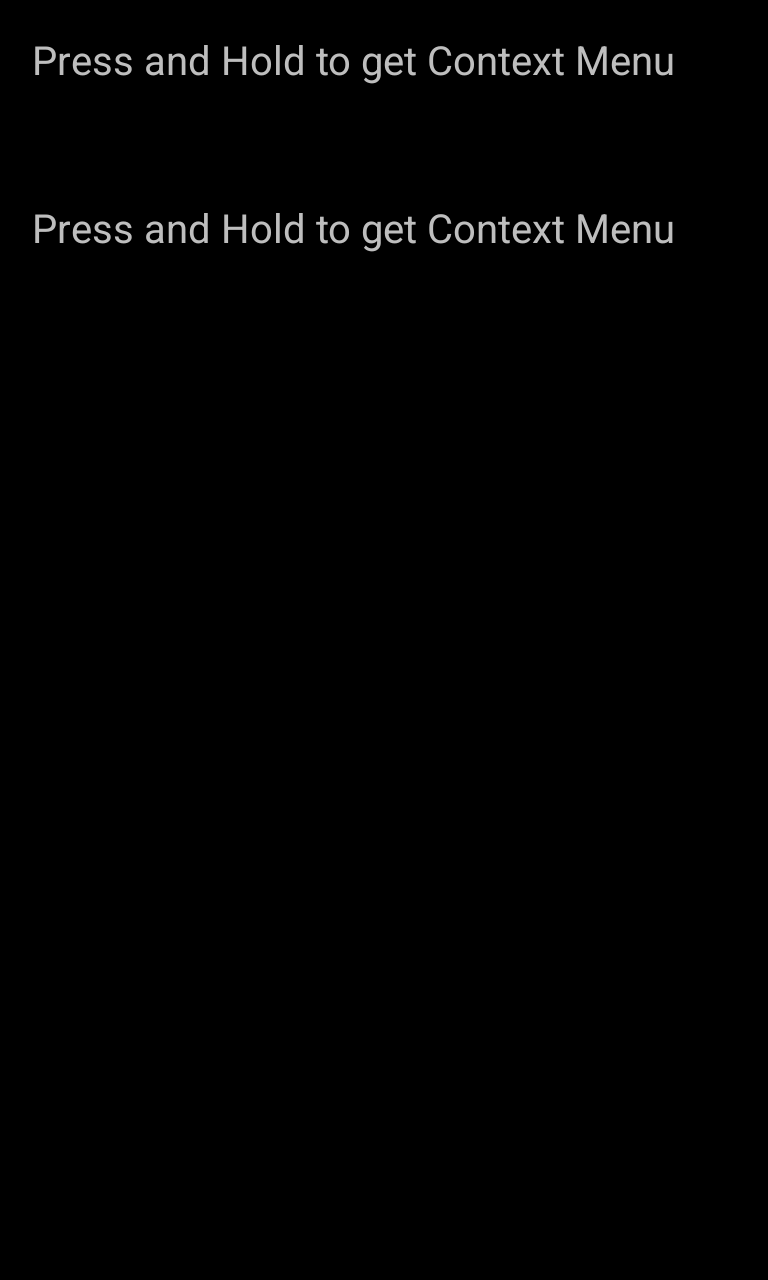
Repository: Amir13/Android_Basic_Steps
Layout: ViewElements/res/layout/activity_menu.xml
These files come from the project's save history. The layout is drawn as it stood at one moment and after the next save; the edit follows.
It is drawn on a 768 x 1280 px phone screen (xhdpi) without system bars, with theme android:Theme.Holo; the app's code is not run.

Above is the layout before, as saved 2014-05-27 01:10:44.

### ViewElements/res/layout/activity_menu.xml
<RelativeLayout xmlns:android="http://schemas.android.com/apk/res/android"
    xmlns:tools="http://schemas.android.com/tools"
    android:layout_width="match_parent"
    android:layout_height="match_parent"
    android:paddingBottom="@dimen/activity_vertical_margin"
    android:paddingLeft="@dimen/activity_horizontal_margin"
    android:paddingRight="@dimen/activity_horizontal_margin"
    android:paddingTop="@dimen/activity_vertical_margin"
    tools:context=".MenuActivity" >

    <TextView
        android:id="@+id/text_view"
        android:layout_width="wrap_content"
        android:layout_height="wrap_content"
        android:text="@string/menu_description"
        android:textSize="20sp" />

    <TextView
        android:layout_width="wrap_content"
        android:layout_height="wrap_content"
        android:layout_alignLeft="@+id/text_view"
        android:layout_below="@+id/text_view"
        android:layout_marginTop="57dp"
        android:text="@string/menu_description2"
        android:textSize="20sp" />

</RelativeLayout>

### ViewElements/res/values/strings.xml
<?xml version="1.0" encoding="utf-8"?>
<resources>

    <string name="app_name">Android Elements</string>

    <string-array name="Titles">
        <item>Just quotes</item>
        <item>Button &amp; Toggle button</item>
        <item>Checkbox &amp; Ratting Bar</item>
        <item>AutoCompleteTextView</item>
        <item>RadioGroup</item>
    </string-array>
    <string-array name="Quotes">
        <item>The menu was made with frames and the following options who the basic elements.</item>
        <item>As flies to wanton boys, are we to the gods; they kill us for their sport.</item>
        <item>There is a tide in the affairs of men, which taken at the flood, leads on to fortune. Omitted, all the voyage of their life is bound in shallows and in miseries.</item>
    </string-array>
    <string-array name="colors">
        <item>red</item>
        <item>orange</item>
        <item>yellow</item>
        <item>green</item>
        <item>blue</item>
        <item>indigo</item>
        <item>violet</item>
        <item>aqua</item>
        <item>black</item>
        <item>fuchsia</item>
        <item>gray</item>
        <item>grey</item>
        <item>lime</item>
        <item>maroon</item>
        <item>navy</item>
        <item>olive</item>
        <item>purple</item>
        <item>silver</item>
        <item>teal</item>
        <item>white</item>
    </string-array>

    <string name="button">Button</string>
    <string name="title_activity_invoking">InvokingActivity</string>
    <string name="menu_agenda">Agenda </string>
    <string name="menu_directions">Direction </string>
    <string name="menu_submenu">Contain Submenu </string>
    <string name="submenu_opc1">Submenu - Option 1</string>
    <string name="second_activity">This activity was invoked by a button!!</string>
    <string name="togglebutton">ToggleButton</string>
    <string name="checkbox">CheckBox Example</string>
    <string name="textview">Type a Country:</string>
    <string name="title_activity_list_view">ListView</string>
    <string name="viewElements">Android Basic Elements</string>
    <string name="groupsView">Android Adpater &amp; AdapterViews</string>
    <string name="title_activity_spinner_vg">SpinnerVG</string>
    <string name="spinner">Pick a Color. Any Color.</string>
    <string name="title_activity_main_menu">Android Elements</string>
    <string name="buttonViewElements">View Elements</string>
    <string name="buttonListView">ListView</string>
    <string name="spinnierView">SpinnierView</string>
    <string name="layoutType">Layouts</string>
    <string name="title_activity_lineal_layout">LinealLayoutActivity</string>
    <string name="hello_world">Hello world!</string>
    <string name="menu_description">Press and Hold to get Context Menu</string>
    <string name="menu_description2">Press and Hold to get Context Menu</string>
    <string name="LinealLayout">LinealLayout</string>
    <string name="RelativeLayout">RelativeLayout</string>
    <string name="title_activity_relative_layout">RelativeLayoutActivity</string>
    <string name="relativeLayoutDescription">In the RelativeLayout the elemetnts are arreged according the position of the other elements.</string>
    <string name="TableLayout">TableLayout</string>
    <string name="GridLayout">GridLayout</string>
    <string name="title_activity_table_layout">TableLayoutActivity</string>
    <string name="tableLayoutDescription">This layout is formed by &lt;TableRow> and inside each element define the column of its position. android:layout_column="1"</string>
    <string name="title_activity_grid_layout">GridLayoutActivity</string>
    <string name="title_activity_menu">MenuActivity</string>
    <string name="action_settings">Settings</string>
    <string name="menu">Menu</string>
    <string name="menu_context">Context Menu</string>

</resources>

Loaded but not shown: ViewElements/res/values/dimens.xml (common file)

After the next save:
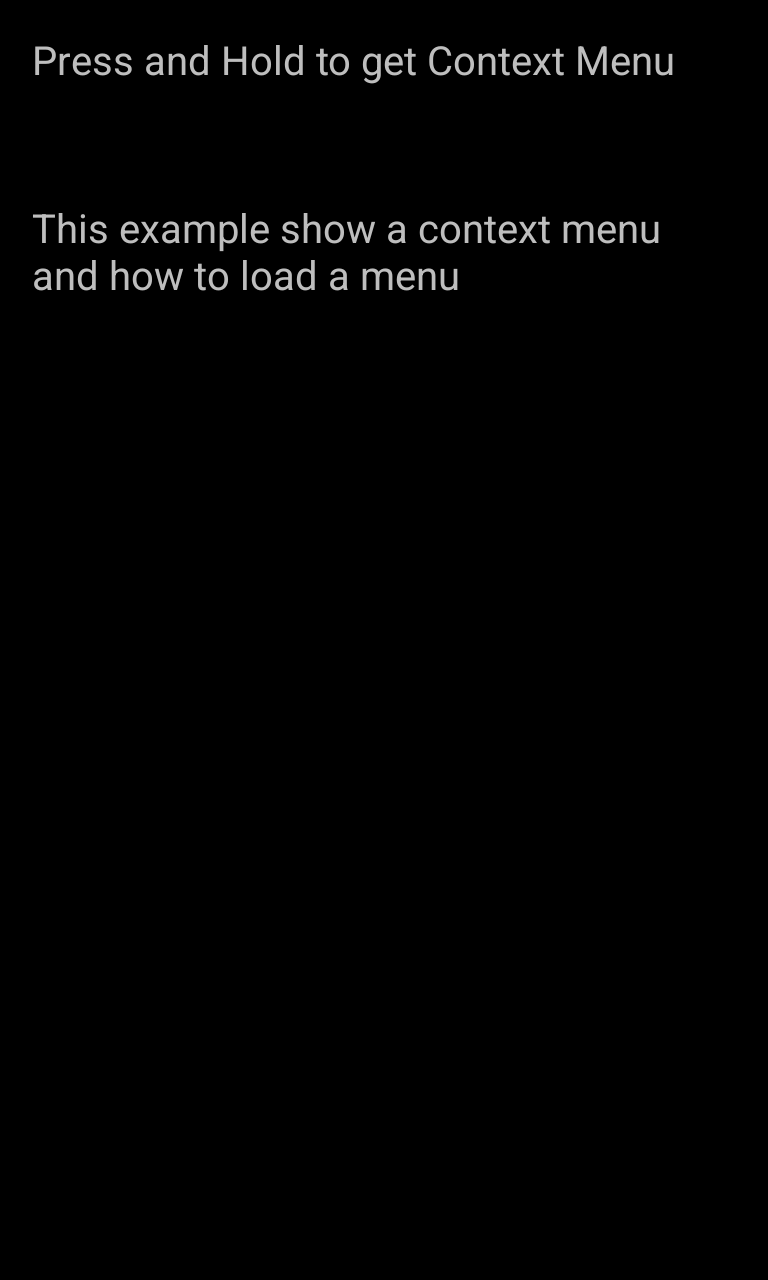
Saved 63 s later.
--- a/ViewElements/res/values/strings.xml
+++ b/ViewElements/res/values/strings.xml
@@ -61,7 +61,7 @@
     <string name="title_activity_lineal_layout">LinealLayoutActivity</string>
     <string name="hello_world">Hello world!</string>
     <string name="menu_description">Press and Hold to get Context Menu</string>
-    <string name="menu_description2">Press and Hold to get Context Menu</string>
+    <string name="menu_description2">This example show a context menu and how to load a menu</string>
     <string name="LinealLayout">LinealLayout</string>
     <string name="RelativeLayout">RelativeLayout</string>
     <string name="title_activity_relative_layout">RelativeLayoutActivity</string>
